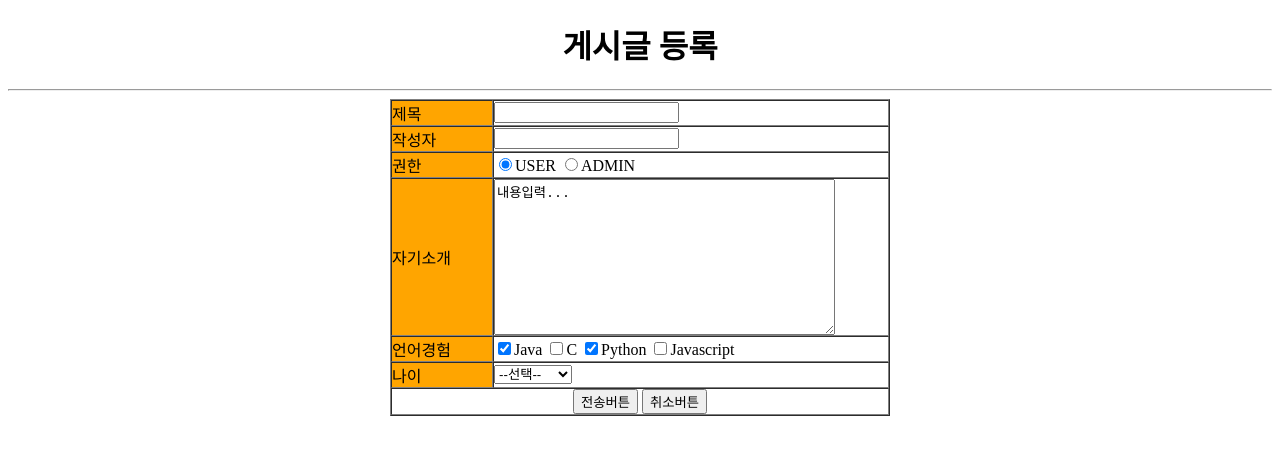
Repository: serim53/JSPStudy
Page: BoardWeb(JSP)/src/main/webapp/insertBoard.html
An editor plug-in stored every save of this project. The page is shown before and after the next save, followed by the edit.
The browser window is 1280 px wide. The pictures show the whole page.

Above is the page before, as saved 2025-07-08 06:43:52.

### BoardWeb(JSP)/src/main/webapp/insertBoard.html
<!DOCTYPE html PUBLIC "-//W3C//DTD HTML 4.01 Transitional//EN" "http://www.w3.org/TR/html4/loose.dtd">
<html>
<head>
<meta http-equiv="Content-Type" content="text/html; charset=UTF-8">
<title>글 등록</title>
</head>
<body>
<center>
<h1>게시글 등록</h1>
<hr>
<form action="insertBoard.do" method="post">

<table border="1" cellpadding="0" cellspacing="0" width="500">
	<tr>
		<td bgcolor="orange" width="100">제목</td>
		<td><input name="title" type="text"/></td>
	</tr>
	<tr>
		<td bgcolor="orange">작성자</td>
		<td><input name="writer" type="text" size="20"/></td>
	</tr>
	<tr>
		<td bgcolor="orange">권한</td>
		<td>
			<input name="role" value="USER" type="radio" checked/>USER
      		<input name="role" value="ADMIN" type="radio"/>ADMIN<br>
    	</td>
	</tr>
	<tr>
		<td bgcolor="orange">자기소개</td>
		<td><textarea name="selfInfo" rows="10" cols="40">내용입력...</textarea></td>
	</tr>
	<tr>
		<td bgcolor="orange">언어경험</td>
		<td>
			<input name="languages" value="Java" type="checkbox" checked/>Java
		    <input name="languages" value="C" type="checkbox"/>C
		    <input name="languages" value="Python" type="checkbox" checked/>Python
		    <input name="languages" value="Javascript" type="checkbox"/>Javascript
		</td>
	</tr>
	<tr>
		<td bgcolor="orange">나이</td>
		<td>
			<select name="age">
				<option>--선택--
				<option>10대
				<option>20대
				<option>30대
				<option>40대
				<option>50대
				<option>60대 이상
		  </select>
		</td>
	</tr>
	<tr>
		<td colspan="2" align="center">
			<input type="submit" value="전송버튼"/>
			<input type="reset" value="취소버튼"/>
		</td>
	</tr>
</table>
<!-- 아이디 : <input type="text" size="20"/><br>
비밀번호 : <input type="password" size="20"/><br>
이름 : <input type="text"/><br>
권한 : <input name="role" type="radio" checked/>USER
      <input name="role" type="radio"/>ADMIN<br>
자기소개 : <textarea rows="10" cols="40">내용입력...</textarea><br>
언어 경험 : <input type="checkbox" checked/>Java
		  <input type="checkbox"/>C
		  <input type="checkbox" checked/>Python
		  <input type="checkbox"/>Javascript<br>
나이 : <select>
		<option>--선택--
		<option>10대
		<option>20대
		<option>30대
		<option>40대
		<option>50대
		<option>60대 이상
	  </select><br>
<input type="submit" value="전송버튼"/>
<input type="reset" value="취소버튼"/> -->
</form>
</center>
</body>
</html>

After the next save:
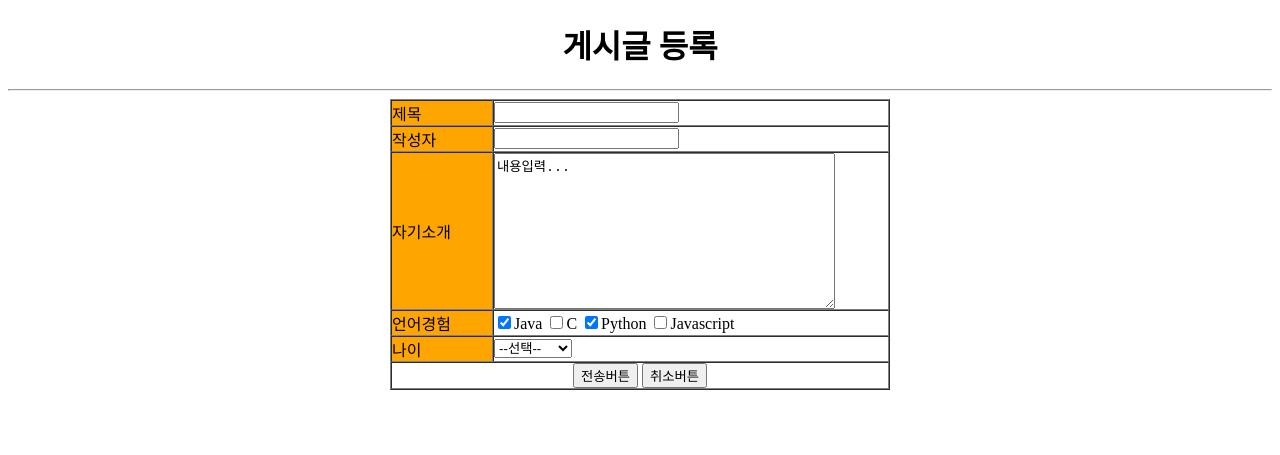
Saved 6 s later.
--- a/BoardWeb(JSP)/src/main/webapp/insertBoard.html
+++ b/BoardWeb(JSP)/src/main/webapp/insertBoard.html
@@ -18,13 +18,6 @@
 	<tr>
 		<td bgcolor="orange">작성자</td>
 		<td><input name="writer" type="text" size="20"/></td>
-	</tr>
-	<tr>
-		<td bgcolor="orange">권한</td>
-		<td>
-			<input name="role" value="USER" type="radio" checked/>USER
-      		<input name="role" value="ADMIN" type="radio"/>ADMIN<br>
-    	</td>
 	</tr>
 	<tr>
 		<td bgcolor="orange">자기소개</td>
